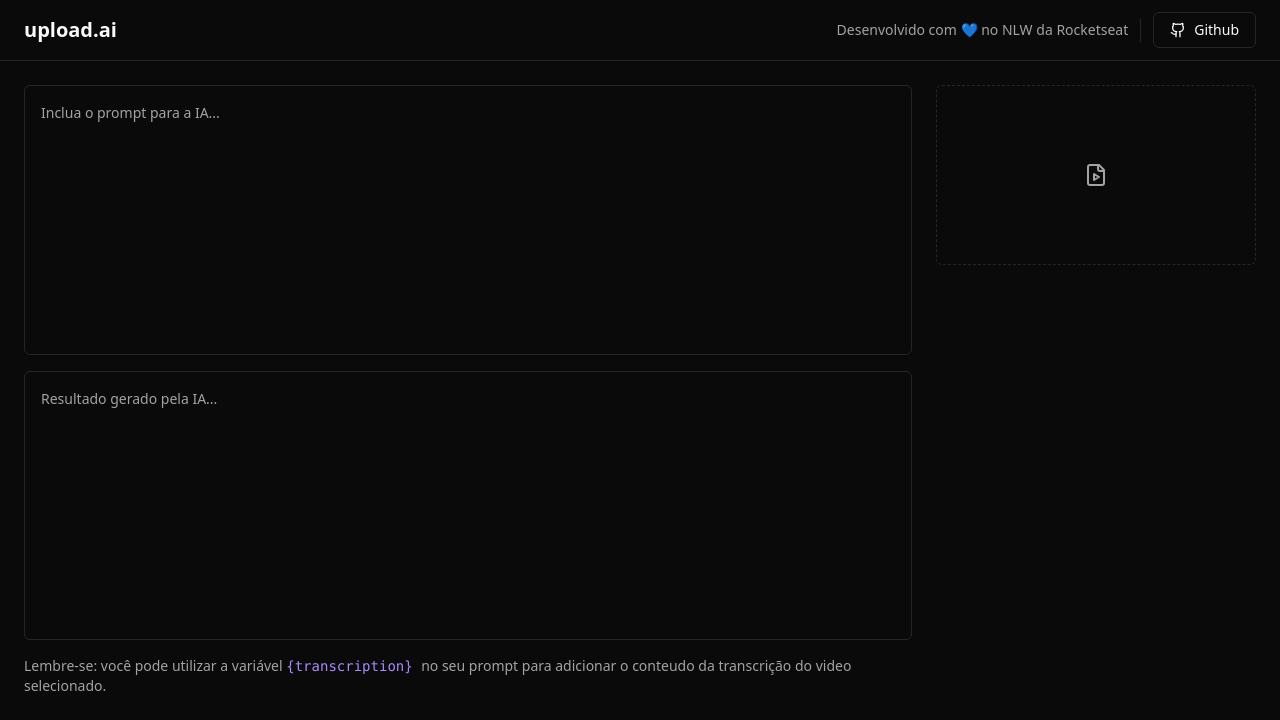
Repository: ricardolimati/upload-ai-web
Page: /
These files come from the project's save history. The page is drawn as it stood at one moment and after the next save; the edit follows.
The browser window is 1280 px wide. The pictures show the whole page.
The project was rebuilt for these pictures with package versions that can differ from the ones it lists, and the page was loaded fresh each time. Also part of the build but not shown: vite.config.ts.

Above is the page before, as saved 2023-09-11 23:48:15.

After the next save:
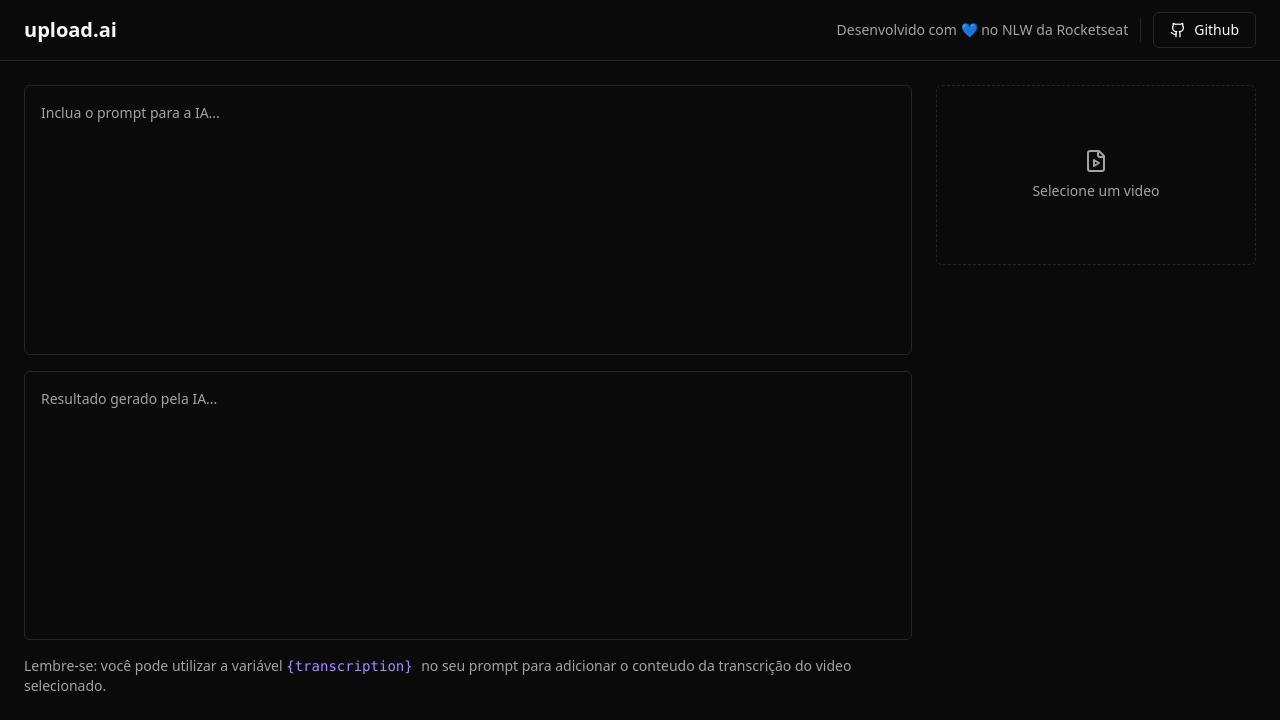
Saved 12 s later.
--- a/src/App.tsx
+++ b/src/App.tsx
@@ -44,6 +44,7 @@ export function App() {
           className="border flex rounded-md aspect-video cursor-pointer border-dashed text-sm flex-col gap-2 items-center justify-center text-muted-foreground hover:bg-primary/5"
           >
             <FileVideo />
+            Selecione um video
           </label>
           <input type="file" id="video" accept="video/mp4" className="sr-only"/>
         </form>
